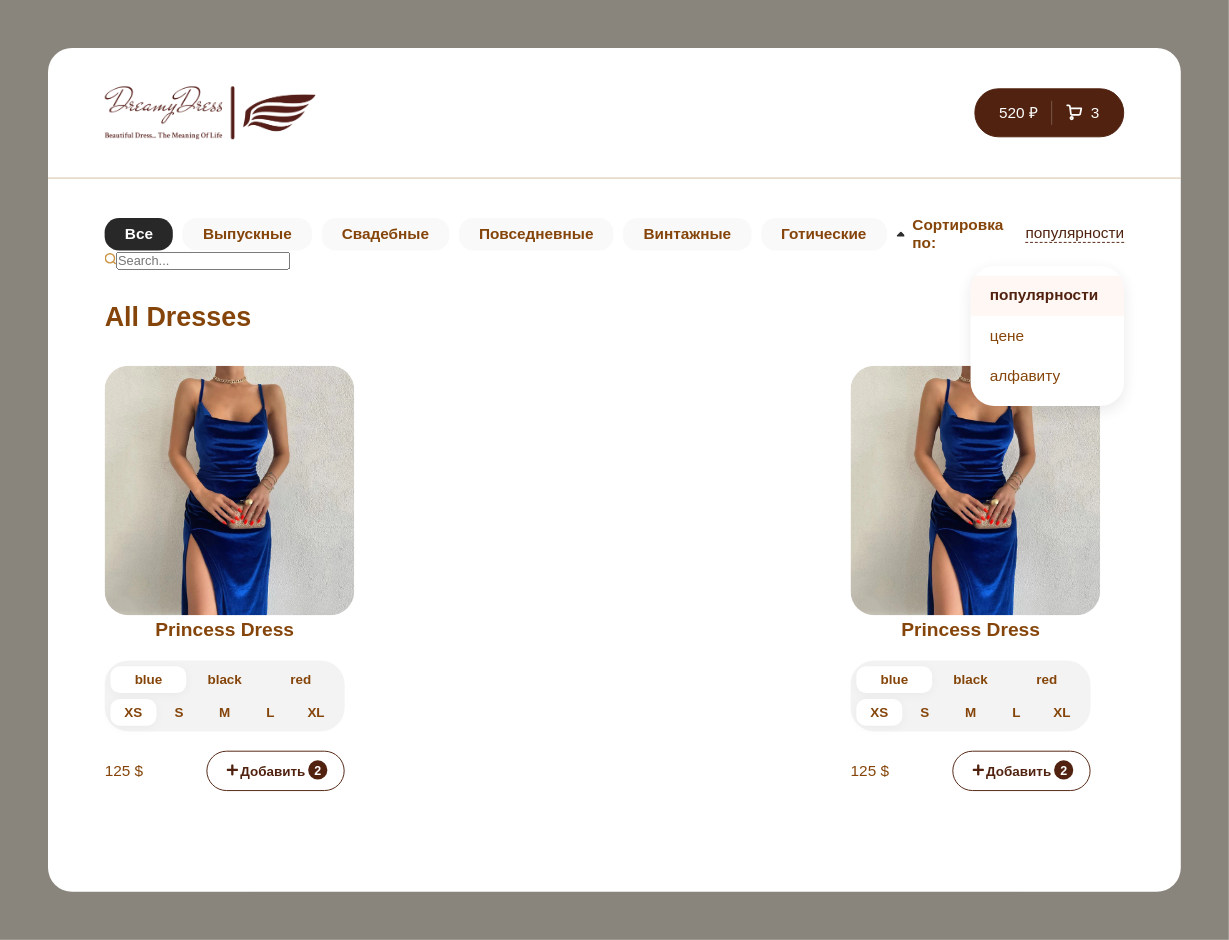
Repository: DisasterWoman/SPA-shop
Page: /
These files come from the project's save history. The page is drawn as it stood at one moment and after a run of saves; the edit follows.
The browser window is 1280 px wide. The pictures show the whole page, at 96% of full size.
Some web fonts or font styles are not loaded; a fallback is used. The project was rebuilt for these pictures with package versions that can differ from the ones it lists, and the page was loaded fresh each time.

Above is the page before, as saved 2022-11-29 17:28:10.

### src/App.js
import './scss/app.scss';
import Categories from './components/Categories/Categories';
import DressBlock from './components/DressBlock/DressBlock';
import Header from './components/Header/Header';
import Sort from './components/Sort/Sort';
import SearchBar from './components/SearchBar/SearchBar';

function App() {
  return (
    <div className="wrapper">
      <Header />
      <div className="content">
        <div className="container">
          <div className="content__top">
            <Categories />
            <Sort />
          </div>
          <SearchBar />
          <h2 className="content__title">All Dresses</h2>
          <div className="content__items">
            <DressBlock />
            <DressBlock />
          </div>
        </div>
      </div>
    </div>
  );
}

export default App;

### src/scss/app.scss
@import 'variables.scss';
@import './libs/normalize.scss';
@import './all';

body {
  background-color: $background;
}

.wrapper {
  width: calc(100vw - 100px);
  height: 100%;
  background-color: #fff;
  margin: 50px auto;
  border-radius: 25px;
  max-width: 1400px;
}

.content {
  padding: 40px 0;

  &__title {
    margin: 35px 0;
  }

  &__items {
    display: flex;
    flex-wrap: wrap;
    justify-content: space-between;
  }

  &__top {
    display: flex;
    align-items: center;
    justify-content: space-between;
  }
}

.container {
  width: $container-width;
  margin: 0 auto;

  &--cart {
    max-width: 820px;
    margin: 90px auto;
    .content__title {
      margin: 0;
    }
  }
}

.cart {
  &__top {
    display: flex;
    justify-content: space-between;
    align-items: center;
  }

  .content__title {
    display: flex;
    align-items: center;
    font-size: 32px;

    svg {
      position: relative;
      top: -2px;
      width: 30px;
      height: 30px;
      margin-right: 10px;
      path {
        stroke: $black;
        strokewidth: 1.9;
      }
    }
  }

  &__clear {
    display: flex;
    align-items: center;
    cursor: pointer;
    @include noselect();

    span {
      display: inline-block;
      margin-left: 7px;
      color: #b6b6b6;
      font-size: 18px;
    }

    span,
    svg,
    path {
      transition: all $duration ease-in-out;
    }

    &:hover {
      svg {
        path {
          stroke: darken($color: #b6b6b6, $amount: 50);
        }
      }
      span {
        color: darken($color: #b6b6b6, $amount: 50);
      }
    }
  }

  &__item {
    display: flex;
    width: 100%;
    border-top: 1px solid $gray-line;
    padding-top: 30px;
    margin-top: 30px;

    &-img {
      display: flex;
      align-items: center;
      margin-right: 15px;
      width: 10%;

      img {
        width: 80px;
        height: 80px;
      }
    }

    &-info {
      display: flex;
      flex-direction: column;
      justify-content: center;
      width: 40%;

      h3 {
        font-weight: bold;
        font-size: 22px;
        line-height: 27px;
        letter-spacing: 0.01em;
      }

      p {
        font-size: 18px;
        color: #8d8d8d;
      }
    }

    &-count {
      display: flex;
      align-items: center;
      justify-content: space-between;
      width: 13%;

      &-minus {
        svg {
          path:first-of-type {
            display: none;
          }
        }
      }

      b {
        font-size: 22px;
      }
    }

    &-price {
      display: flex;
      align-items: center;
      justify-content: center;
      width: 33%;

      b {
        font-weight: bold;
        font-size: 22px;
        letter-spacing: 0.01em;
      }
    }

    &-remove {
      display: flex;
      align-items: center;
      justify-content: flex-end;
      width: 4%;

      .button {
        border-color: darken($color: $gray-line, $amount: 10);
      }

      svg {
        transform: rotate(45deg);

        path {
          fill: darken($color: $gray-line, $amount: 15);
        }
      }

      .button {
        svg {
          width: 11.5px;
          height: 11.5px;
          position: relative;
        }
        &:hover,
        &:active {
          border-color: darken($color: $gray-line, $amount: 80);
          background-color: darken($color: $gray-line, $amount: 80);
        }
      }
    }
  }

  &__bottom {
    margin: 50px 0;

    &-details {
      display: flex;
      justify-content: space-between;

      span {
        font-size: 22px;

        &:last-of-type {
          b {
            color: $brown;
          }
        }
      }
    }

    &-buttons {
      display: flex;
      justify-content: space-between;
      margin-top: 40px;

      .go-back-btn {
        display: flex;
        align-items: center;
        justify-content: center;
        width: 210px;

        border-color: darken($color: $gray-line, $amount: 10);

        span {
          color: darken($color: $gray-line, $amount: 20);
          font-weight: 500;
          font-weight: 600;
        }

        &:hover {
          background-color: darken($color: $gray-line, $amount: 90);
          border-color: darken($color: $gray-line, $amount: 90);

          span {
            color: $gray-line;
          }
        }

        svg {
          margin-right: 12px;
          path {
            fill: transparent;
            strokewidth: 2;
          }
        }
      }

      .pay-btn {
        font-size: 16px;
        font-weight: 600;
        width: 210px;
        padding: 16px;
      }
    }
  }

  &--empty {
    margin: 0 auto;
    width: 560px;
    text-align: center;

    h2 {
      font-size: 32px;
      margin-bottom: 10px;
    }

    p {
      font-size: 18px;
      line-height: 145.4%;
      letter-spacing: 0.01em;
      color: #777777;
    }

    icon {
      position: relative;
      top: 2px;
    }

    img {
      display: block;
      width: 300px;
      margin: 45px auto 60px;
    }

    .button--black {
      padding: 12px 0 14px;
      width: 230px;
      margin: 0 auto;
      font-weight: 600;
      font-size: 18px;
    }
  }
}

### src/components/Categories/Categories.jsx
import React from 'react';

function Categories() {
  return (
    <div className="categories">
      <ul>
        <li className="active">Все</li>
        <li>Выпускные</li>
        <li>Свадебные</li>
        <li>Повседневные</li>
        <li>Винтажные</li>
        <li>Готические</li>
      </ul>
    </div>
  );
}

export default Categories;

### src/components/DressBlock/DressBlock.jsx
import React from 'react';
import { Button } from '../Button/Button';
import './_dress-block.scss';

function DressBlock() {
  return (
    <div className="dress-block">
      <img className="dress-block__image" src="/images/dresses/dress0-blue.webp" alt="Dress" />
      <h4 className="dress-block__title">Princess Dress</h4>
      <div className="dress-block__selector">
        <ul>
          <li className="active">blue</li>
          <li>black</li>
          <li>red</li>
        </ul>
        <ul>
          <li className="active">XS</li>
          <li>S</li>
          <li>M</li>
          <li>L</li>
          <li>XL</li>
        </ul>
      </div>
      <div className="dress-block__bottom">
        <div className="dress-blockk__price">125 $</div>
        <Button/>
      </div>
    </div>
  );
}

export default DressBlock;

### src/components/Header/Header.jsx
import React from 'react';
import './_header.scss';
function Header() {
  return (
    <div className="header">
      <div className="container">
        <div className="header__logo">
          <img width="220" src="/dreamy-dress.png" alt="logo" />
          <div></div>
        </div>
        <div className="header__cart">
          <a href="/cart.html" className="button button--cart">
            <span>520 ₽</span>
            <div className="button__delimiter"></div>
            <svg
              width="18"
              height="18"
              viewBox="0 0 18 18"
              fill="none"
              xmlns="http://www.w3.org/2000/svg"
            >
              <path
                d="M6.33333 16.3333C7.06971 16.3333 7.66667 15.7364 7.66667 15C7.66667 14.2636 7.06971 13.6667 6.33333 13.6667C5.59695 13.6667 5 14.2636 5 15C5 15.7364 5.59695 16.3333 6.33333 16.3333Z"
                stroke="white"
                strokeWidth="1.8"
                strokeLinecap="round"
                strokeLinejoin="round"
              />
              <path stroke="white" strokeWidth="1.8" strokeLinecap="round" strokeLinejoin="round" />
              <path
                d="M4.78002 4.99999H16.3334L15.2134 10.5933C15.1524 10.9003 14.9854 11.176 14.7417 11.3722C14.4979 11.5684 14.1929 11.6727 13.88 11.6667H6.83335C6.50781 11.6694 6.1925 11.553 5.94689 11.3393C5.70128 11.1256 5.54233 10.8295 5.50002 10.5067L4.48669 2.82666C4.44466 2.50615 4.28764 2.21182 4.04482 1.99844C3.80201 1.78505 3.48994 1.66715 3.16669 1.66666H1.66669"
                stroke="white"
                strokeWidth="1.8"
                strokeLinecap="round"
                strokeLinejoin="round"
              />
            </svg>
            <span>3</span>
          </a>
        </div>
      </div>
    </div>
  );
}

export default Header;

### src/components/Sort/Sort.jsx
import React from 'react';
import './_sort.scss';

function Sort() {
  return (
    <div className="sort">
      <div className="sort__label">
        <svg
          width="10"
          height="6"
          viewBox="0 0 10 6"
          fill="none"
          xmlns="http://www.w3.org/2000/svg"
        >
          <path
            d="M10 5C10 5.16927 9.93815 5.31576 9.81445 5.43945C9.69075 5.56315 9.54427 5.625 9.375 5.625H0.625C0.455729 5.625 0.309245 5.56315 0.185547 5.43945C0.061849 5.31576 0 5.16927 0 5C0 4.83073 0.061849 4.68424 0.185547 4.56055L4.56055 0.185547C4.68424 0.061849 4.83073 0 5 0C5.16927 0 5.31576 0.061849 5.43945 0.185547L9.81445 4.56055C9.93815 4.68424 10 4.83073 10 5Z"
            fill="#2C2C2C"
          />
        </svg>
        <b>Сортировка по:</b>
        <span>популярности</span>
      </div>
      <div className="sort__popup">
        <ul>
          <li className="active">популярности</li>
          <li>цене</li>
          <li>алфавиту</li>
        </ul>
      </div>
    </div>
  );
}

export default Sort;

### src/components/SearchBar/SearchBar.jsx
import React, {useState}  from 'react'

function SearchBar() {
  return (
    <div className="search-bar">
      <img
        className="mr-20 mt-5 mb-5"
        alt="search"
        src="images/icons/search.svg"
        width={12}
        height={13}
      ></img>
      <input
        placeholder="Search..."
      ></input>
    </div>
  );
}

export default SearchBar

### src/scss/_variables.scss
$black: #85450a;
$background: #89857c;
$gray-line: #d5bda1;
$brown: #50220f;

$container-width: 90%;

$duration: 0.15s;

### src/scss/libs/_normalize.scss
@import url('https://fonts.googleapis.com/css2?family=Anek+Devanagari&display=swap');

*{
  padding: 0;
  margin: 0;
  list-style: none;
  outline: none;
  font-family: 'Anek Devanagari', sans-serif;
  box-sizing: border-box;
}

html {
  -ms-text-size-adjust: 100%;
  -webkit-text-size-adjust: 100%;
}

body {
  -moz-osx-font-smoothing: grayscale;
  -webkit-font-smoothing: antialiased;
  color: $black;
}

a,
span,
p,
b,
h1,
h2,
h3,
h4,
h5 {
  color: $black;
}

h1 {
  font-size: 48px;
}

h2 {
  font-weight: 600;
  font-size: 28px;
  line-height: 30px;
}

a {
  text-decoration: none;
}

@mixin noselect {
  -webkit-touch-callout: none; /* iOS Safari */
  -webkit-user-select: none; /* Safari */
  -khtml-user-select: none; /* Konqueror HTML */
  -moz-user-select: none; /* Old versions of Firefox */
  -ms-user-select: none; /* Internet Explorer/Edge */
  user-select: none; /* Non-prefixed version, currently
                                  supported by Chrome, Opera and Firefox */
}

### src/scss/_all.scss
@import '../components/Header/Header';
@import '../components/Button/button';
@import '../components/Categories/Categories';
@import '../components/Sort/Sort';
@import '../components/DressBlock/dress-block';

### src/components/Header/_header.scss
@import '../../../src/scss/variables';

.header {
  border-bottom: 1px solid $gray-line;
  padding: 40px 0;

  .container {
    display: flex;
    align-items: center;
    justify-content: space-between;
  }

  &__logo {
    display: flex;

    img {
      margin-right: 15px;
    }

    h1 {
      color: #181818;
      font-size: 24px;
      letter-spacing: 1%;
      text-transform: uppercase;
      font-weight: 800;
    }

    p {
      color: #7b7b7b;
    }
  }
}

### src/components/Button/_button.scss
@import '../../../src/scss/variables';

.button {
  display: inline-block;
  background-color: $brown;
  border-radius: 25px;
  padding: 10px 20px;
  min-width: 100px;
  text-align: center;
  cursor: pointer;
  transition: background-color $duration ease-in-out, border-color $duration ease-in-out;
  border: 1px solid transparent;

  &,
  span {
    color: #fff;
  }

  i,
  span,
  path,
  svg {
    transition: all $duration ease-in-out;
  }

  &:hover {
    background-color: darken($brown, 8%);
  }

  &:active {
    background-color: darken($brown, 12%);
    transform: translateY(1px);
  }

  &--circle {
    display: flex;
    align-items: center;
    justify-content: center;
    width: 30px;
    height: 30px;
    min-width: 30px;
    padding: 0;
    border-width: 2px;
  }

  &--black {
    background-color: $black;

    &:hover,
    &:active {
      background-color: lighten($color: $black, $amount: 10);
    }
  }

  &--outline {
    background-color: #fff;
    border-color: $brown;
    &,
    span {
      color: $brown;
    }

    svg {
      path {
        fill: $brown;
      }
    }

    &:hover {
      background-color: $brown;

      &,
      span {
        color: #fff;
      }

      svg {
        path {
          fill: #fff;
        }
      }
    }

    &:active {
      background-color: darken($brown, 8%);
    }
  }

  &__delimiter {
    width: 1px;
    height: 25px;
    background-color: rgba(255, 255, 255, 0.25);
    margin-left: 14px;
    margin-right: 14px;
  }

  &--add {
    svg {
      margin-right: 2px;
    }

    span {
      font-weight: 600;
      font-size: 14px;
    }

    &:hover {
      i {
        background-color: #fff;
        color: $brown;
      }
    }

    i {
      display: inline-block;
      border-radius: 30px;
      background-color: $brown;
      color: #fff;
      font-weight: 600;
      width: 20px;
      height: 20px;
      font-style: normal;
      font-size: 13px;
      line-height: 22px;
      position: relative;
      top: -1px;
      left: 3px;
    }
  }

  &--cart {
    display: flex;
    align-items: center;
    line-height: 23px;
    padding: 12px 25px;
    border-color: $brown;

    svg {
      margin-right: 8px;
      margin-bottom: 1px;
    }

    span {
      font-weight: 500;
      font-size: 16px;
    }
  }
}

### src/components/Categories/_categories.scss
@import '../../../src/scss/variables';

.categories {
  ul {
    display: flex;

    li {
      background-color: #f9f9f9;
      padding: 8px 21px;
      border-radius: 15px;
      margin-right: 10px;
      font-weight: bold;
      cursor: pointer;
      transition: background-color 0.1s ease-in-out;
      @include noselect();

      &:hover {
        background-color: darken(#f9f9f9, 2%);
      }

      &:active {
        background-color: darken(#f9f9f9, 5%);
      }

      &.active {
        background-color: #282828;
        color: #fff;
      }
    }
  }
}

### src/components/Sort/_sort.scss
@import '../../../src/scss/variables';

.sort {
  position: relative;
  &__label {
    display: flex;
    align-items: center;

    svg {
      margin-right: 8px;
    }

    b {
      margin-right: 8px;
    }

    span {
      color: $brown;
      border-bottom: 1px dashed $brown;
      cursor: pointer;
    }
  }

  &__popup {
    position: absolute;
    right: 0;
    margin-top: 15px;
    background: #ffffff;
    box-shadow: 0px 5px 15px rgba(0, 0, 0, 0.09);
    border-radius: 25px;
    overflow: hidden;
    padding: 10px 0;
    width: 160px;

    ul {
      overflow: hidden;
      li {
        padding: 12px 20px;
        cursor: pointer;

        &.active,
        &:hover {
          background: rgba(254, 95, 30, 0.05);
        }

        &.active {
          font-weight: bold;
          color: $brown;
        }
      }
    }
  }
}

### src/components/DressBlock/_dress-block.scss
@import '../../../src/scss/variables';

.dress-block {
  width: 250px;
  text-align: center;
  margin-bottom: 65px;

  &:not(:nth-of-type(4n)) {
    margin-right: 35px;
  }

  &__image {
    border-radius: 25px;
    width: 260px;
  }

  &__title {
    font-size: 20px;
    font-weight: 900;
    letter-spacing: 1%;
    margin-bottom: 20px;
  }

  &__selector {
    display: flex;
    background-color: #f3f3f3;
    border-radius: 25px;
    flex-direction: column;
    padding: 6px;

    ul {
      display: flex;
      flex: 1;

      &:first-of-type {
        margin-bottom: 6px;
      }

      li {
        padding: 6px;
        flex: 1;
        cursor: pointer;
        font-weight: 600;
        font-size: 14px;
        &.active {
          background: #ffffff;
          box-shadow: 0px 2px 11px rgba(0, 0, 0, 0.04);
          border-radius: 10px;
          cursor: auto;
        }
      }
    }
  }

  &__bottom {
    display: flex;
    align-items: center;
    justify-content: space-between;
    margin-top: 20px;
  }

  &__price {
    font-weight: bold;
    font-size: 22px;
    line-height: 27px;
    letter-spacing: 0.015em;
  }
}

### src/components/Button/Button.jsx
export const Button = () => {
    return (
      <div className="button button--outline button--add">
        <svg
          width="12"
          height="12"
          viewBox="0 0 12 12"
          fill="none"
          xmlns="http://www.w3.org/2000/svg"
        >
          <path
            d="M10.8 4.8H7.2V1.2C7.2 0.5373 6.6627 0 6 0C5.3373 0 4.8 0.5373 4.8 1.2V4.8H1.2C0.5373 4.8 0 5.3373 0 6C0 6.6627 0.5373 7.2 1.2 7.2H4.8V10.8C4.8 11.4627 5.3373 12 6 12C6.6627 12 7.2 11.4627 7.2 10.8V7.2H10.8C11.4627 7.2 12 6.6627 12 6C12 5.3373 11.4627 4.8 10.8 4.8Z"
            fill="white"
          />
        </svg>
        <span>Добавить</span>
        <i>2</i>
      </div>
    );
}

### src/components/SearchBar/_searchBar.scss
.search-bar{
  margin: 30px;
  border: 1px solid #CA9B55;
  border-radius: 10px;
  padding: 0 10px;
  position: relative;
  input{
    font-size: 18px;
    outline-offset: 0;
    outline: none;
    border: none;
    background-color: #1C0A00;
    color: #F5D8AD;
  }
     ::placeholder {
      color: #CA9B55;
      opacity: 1;
    }

}

Loaded but not shown: public/index.html (common file); src/index.js (common file)

After the next 6 saves:
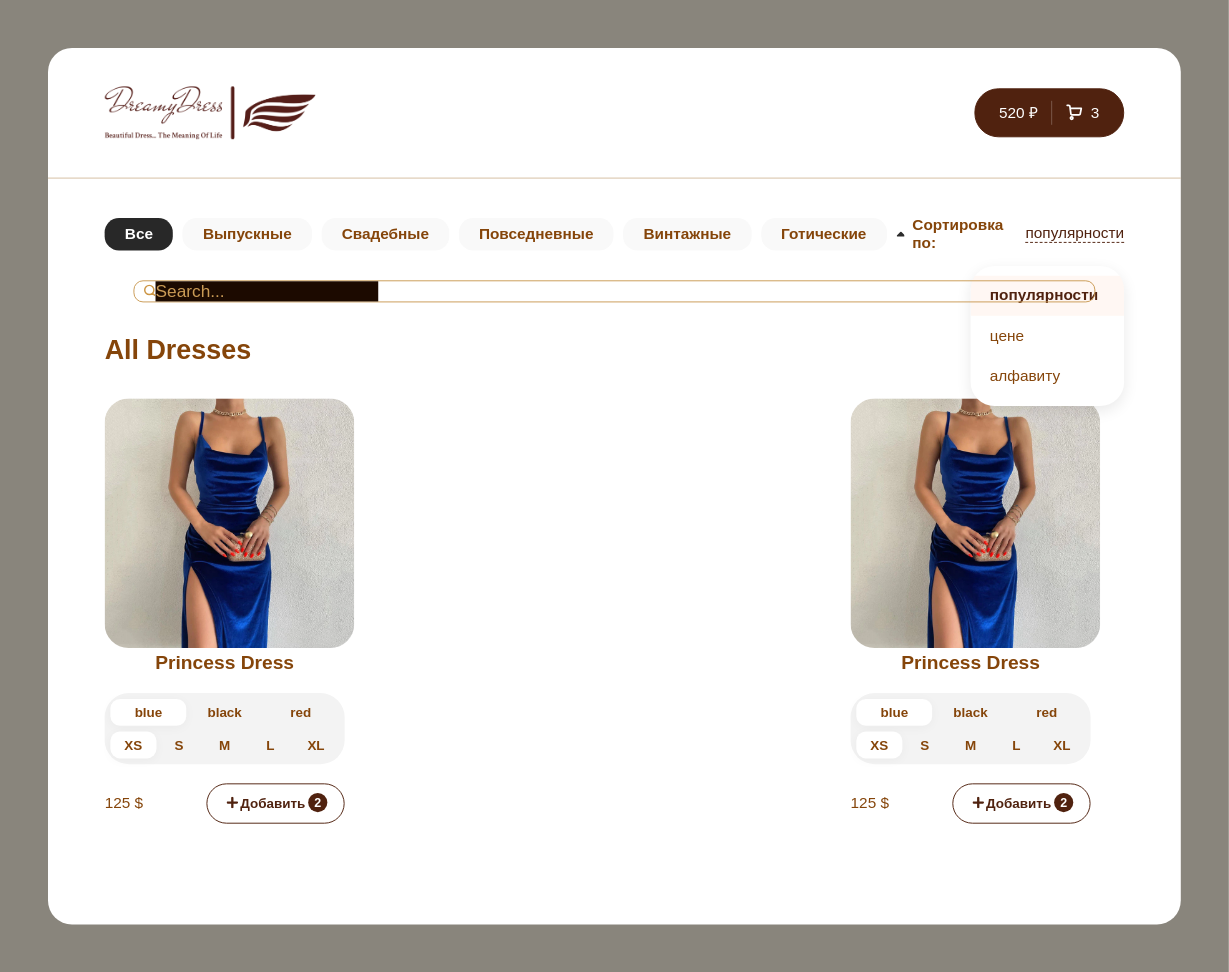
The 6 saves are shown as one change because they came seconds apart.
The last was saved 23 s later.
--- a/src/components/SearchBar/SearchBar.jsx
+++ b/src/components/SearchBar/SearchBar.jsx
@@ -1,5 +1,5 @@
 import React, {useState}  from 'react'
-
+import './_searchBar.scss';
 function SearchBar() {
   return (
     <div className="search-bar">
